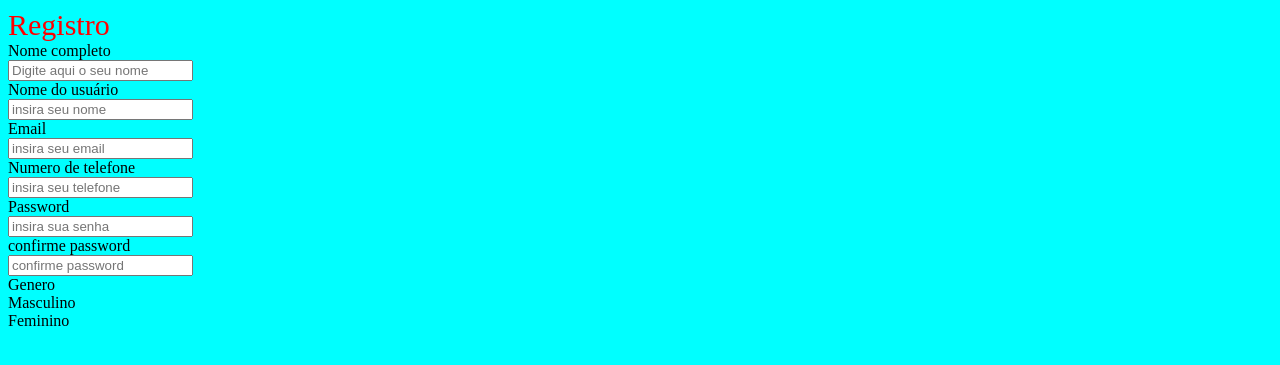
Repository: Vilmar-Freire/ESTUDOS-01-vilmar
Page: workspaces/prof-matheus battisti/matheus.html
These files come from the project's save history. The page is drawn as it stood at one moment and after the next save; the edit follows.
The browser window is 1280 px wide. The pictures show the whole page.

Above is the page before, as saved 2026-09-02 15:33:49.

### workspaces/prof-matheus battisti/matheus.html
<!DOCTYPE html>
<html lang="pt-BR">
<head>
    <meta charset="UTF-8">
    <meta name="keywords" content="Programacao, html, css, JavaScript">
    <meta name="Language" content="pt-BR">
    <meta name="Description" content="Formulario">
    <meta name="author" content="Vilmar Freire">
    <meta name="viewport" content="width=device-width, initial-scale=1.0">
    <link rel="stylesheet" href="./matheus.css">
    <title>Formulário</title>
</head>
<body>
  <div class="container">
    <div class="title">Registro</div>
    <form action="#">

      <div class="user-details">
        <div class="input-box">
          <span class="details">Nome completo</span>
          <input type="text" placeholder="Digite aqui o seu nome" required>
        </div>
      </div>

      <div class="input-box">
        <span class="details">Nome do usuário</span>
        <input type="text" placeholder="insira seu nome" required>
      </div>

      <div class="input-box">
        <span class="details">Email</span>
        <input type="text" placeholder="insira seu email" required>
      </div>
      </div>

      <div class="input-box">
        <span class="details">Numero de telefone</span>
        <input type="text" placeholder="insira seu telefone" required>
      </div>

      <div class="input-box">
        <span class="details">Password</span>
        <input type="text" placeholder="insira sua senha" required>
      </div>

      <div class="input-box">
        <span class=details">confirme password</span>
        <input type="text"placeholder="confirme password" required>
      </div>

      <div class="gender-details">
        <span class="gender-title">Genero</span>
        <div class="category">
          <label for="">
            <span class="masculino"></span>
            <span class="gender">Masculino</span>
          </label>

          <label for="">
            <span class="feminino"></span>
            <span class="gender">Feminino</span>
          </label>
        </div>
      </div>
    </form>
  </div>
</body>
</html>

### workspaces/prof-matheus battisti/matheus.css
body{
    background-color: aqua;
}

span{
    display: block;

}

.title{
    color: red;
    font-size: 30px;
    text-align: left;
}

After the next save:
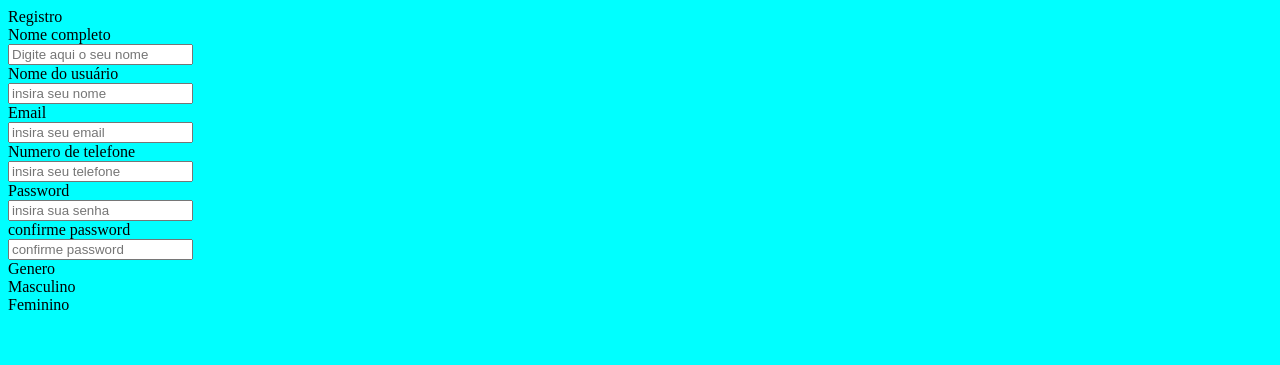
Saved 45 s later.
--- a/workspaces/prof-matheus battisti/matheus.css
+++ b/workspaces/prof-matheus battisti/matheus.css
@@ -6,9 +6,3 @@ span{
     display: block;
 
 }
-
-.title{
-    color: red;
-    font-size: 30px;
-    text-align: left;
-}
